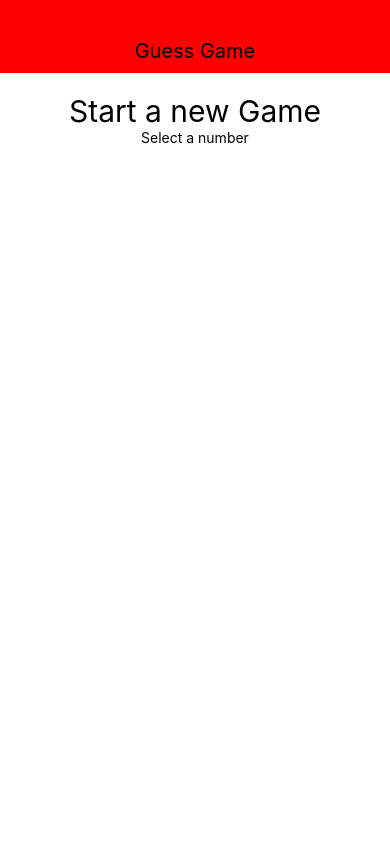
Repository: Celebration-cloud/Guess-number
Screen: /
The author's editor kept a copy of each file at every save. The screen is drawn from the files as they stood at one save, then again after a run of saves.
The app was drawn by React Native's web renderer in a window 390 px wide. The project was rebuilt for these pictures with package versions that can differ from the ones it lists, and the page was loaded fresh each time.

Above is the screen before, as saved 2024-06-10 13:46:45.

### App.js
import { StatusBar } from "expo-status-bar";
import { StyleSheet, Text, View } from "react-native";
import Heading from "./components/header/Heading";
import StartScreen from "./components/srceen/StartScreen";

export default function App() {
  return (
    <View style={styles.container}>
      <Heading/>
      <StartScreen/>
      <StatusBar style="auto" />
    </View>
  );
}

const styles = StyleSheet.create({
  container: {
    flex: 1,
    alignItems: "center",
    gap: 20
  },
});

### components/header/Heading.jsx
import React from "react";
import { Text, StyleSheet, View } from "react-native";

export default function Heading() {
  return (
    <View style={styles.header}>
      <Text style={styles.title}> Guess Game </Text>
    </View>
  );
}

const styles = StyleSheet.create({
    header: {
        backgroundColor: "red",
        color: "white",
        width: "100%",
        paddingTop: "10%",
        padding: 10,
        alignItems: "center",
    },
    title: {
      fontSize: 20
    }
});

### components/srceen/StartScreen.jsx
import React, { Component } from 'react'
import { Text, StyleSheet, View } from 'react-native'

export default function StartScreen() {
    return (
      <View style={styles.startScreen}>
        <Text style={styles.start}> Start a new Game </Text>
        <View>
            <Text>Select a number</Text>
        </View>
      </View>
    )
}

const styles = StyleSheet.create({
    startScreen:{
        fontSize: 20,
        alignItems: "center"

    },
    start: {
        fontSize: 30
    }
})

After the next 3 saves:
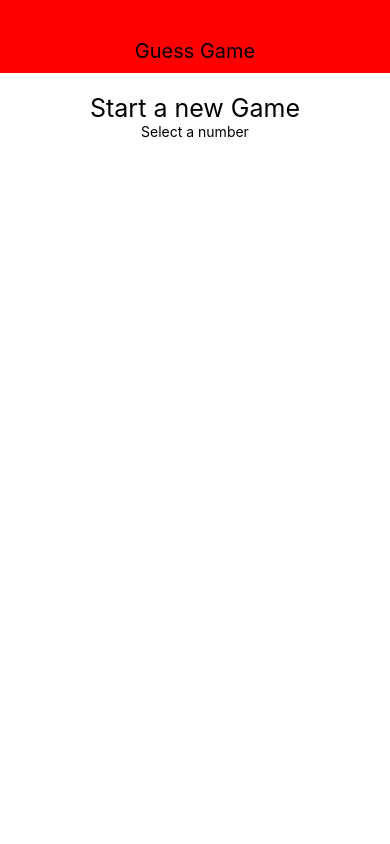
The 3 saves are shown as one change because they came seconds apart.
The last was saved 7 s later.
--- a/components/srceen/StartScreen.jsx
+++ b/components/srceen/StartScreen.jsx
@@ -19,6 +19,6 @@ const styles = StyleSheet.create({
 
     },
     start: {
-        fontSize: 30
+        fontSize: 25
     }
 })
